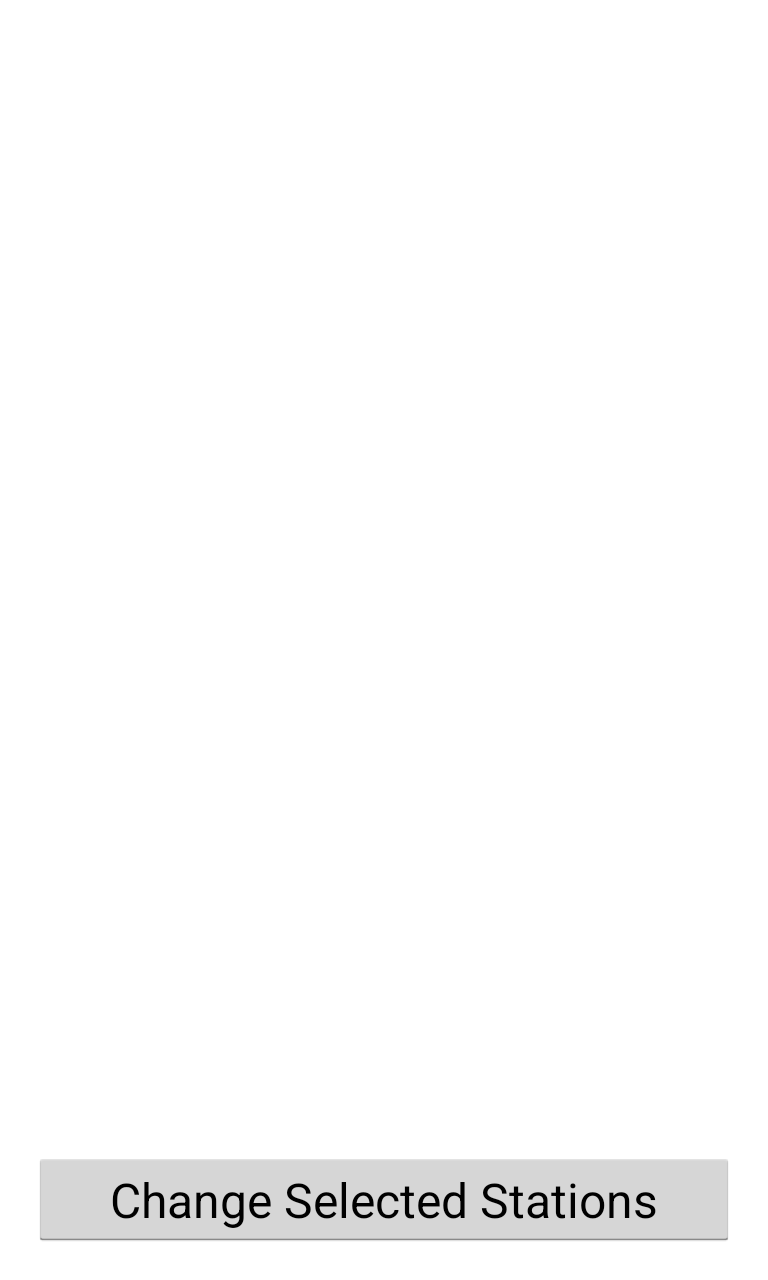
Repository: TigerCheck/TigerCheck
Layout: Android/TigerCheck/res/layout/activity_main_station.xml
An editor plug-in stored every save of this project. The layout is shown before and after the next save, followed by the edit.
It is drawn on a 768 x 1280 px phone screen (xhdpi) without system bars, with theme AppTheme; the app's code is not run.

Above is the layout before, as saved 2014-04-01 01:27:52.

After the next save:
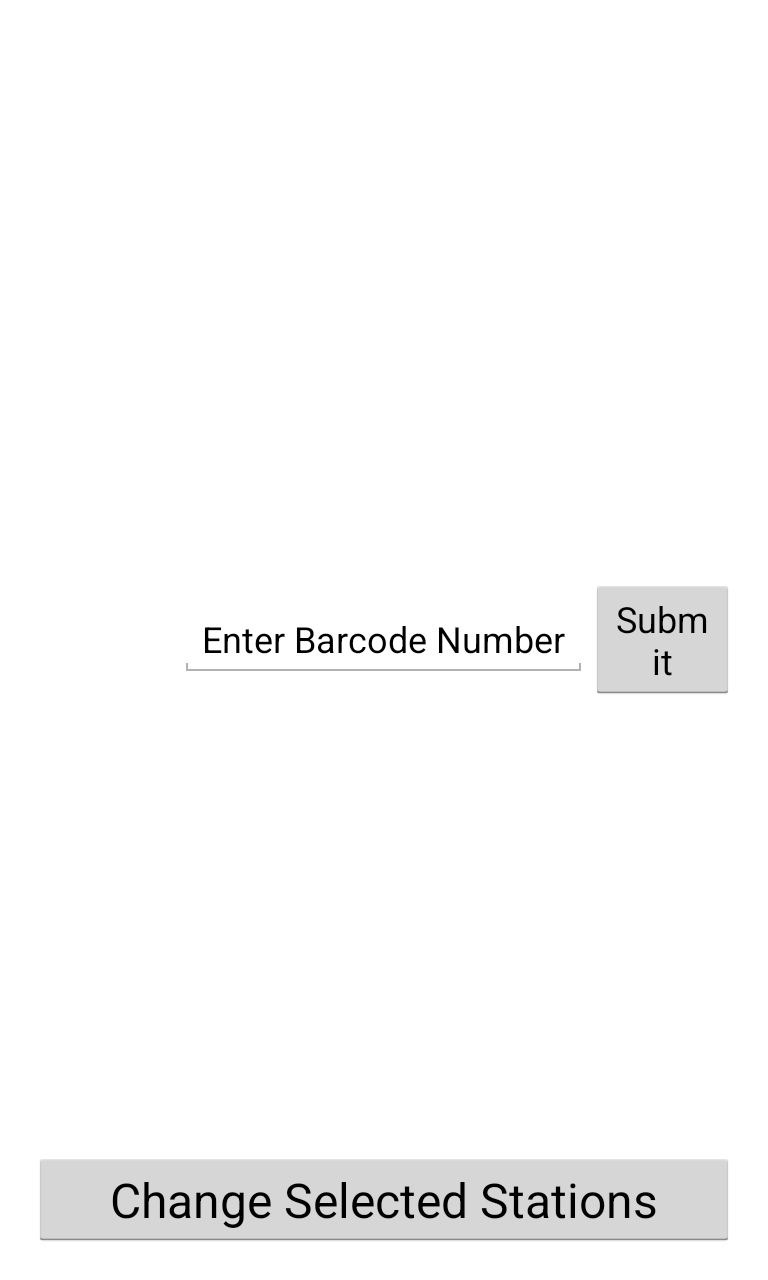
Saved 5 min 50 s later.
--- a/Android/TigerCheck/res/layout/activity_main_station.xml
+++ b/Android/TigerCheck/res/layout/activity_main_station.xml
@@ -10,6 +10,20 @@
 
     <!-- Add barcode scanner here -->
 
+    <EditText
+        android:id="@+id/barcode"
+        android:layout_width="wrap_content"
+        android:layout_height="wrap_content"
+        android:layout_centerInParent="true"
+        android:text="@string/barcode_edit_text"
+        android:inputType="text" />
+
+    <Button
+        android:layout_width="wrap_content"
+        android:layout_height="wrap_content"
+        android:text="@string/submit_button"
+        android:layout_toRightOf="@+id/barcode"
+        android:layout_centerInParent="true" />"
 
     <!-- Button that allows user to change stations -->
     <Button
